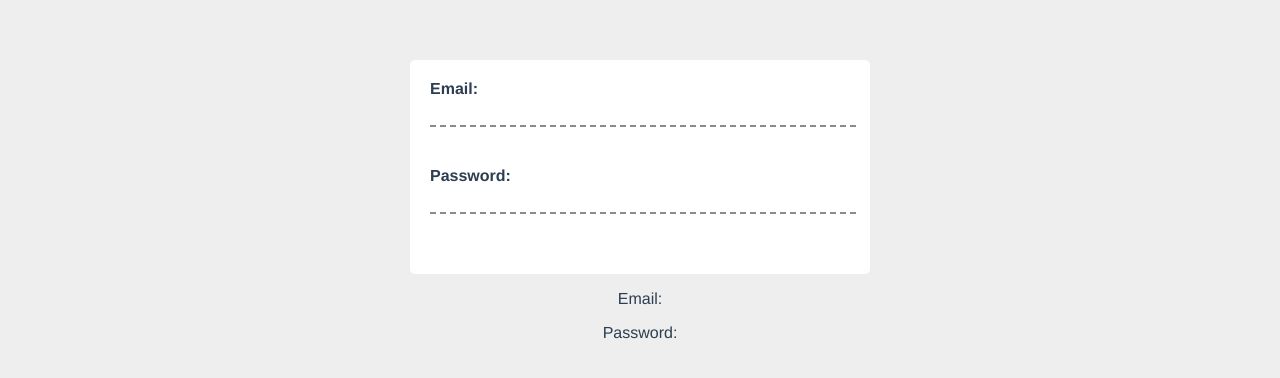
Repository: technogize/vue-forms
Page: /
The author's editor kept a copy of each file at every save. The page is drawn from the files as they stood at one save, then again after the next save.
The browser window is 1280 px wide. The pictures show the whole page.
The project was rebuilt for these pictures with package versions that can differ from the ones it lists, and the page was loaded fresh each time.

Above is the page before, as saved 2021-02-26 14:19:30.

After the next save:
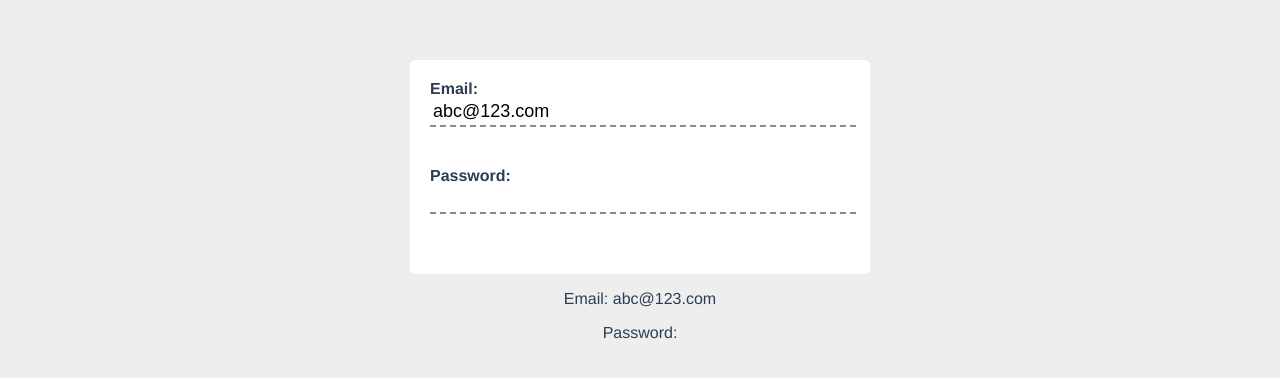
Saved 90 s later.
--- a/src/components/SignupForm.vue
+++ b/src/components/SignupForm.vue
@@ -19,7 +19,7 @@
 export default {
   data() {
     return {
-      email: '',
+      email: 'abc@123.com',
       password: ''
     }
   }
